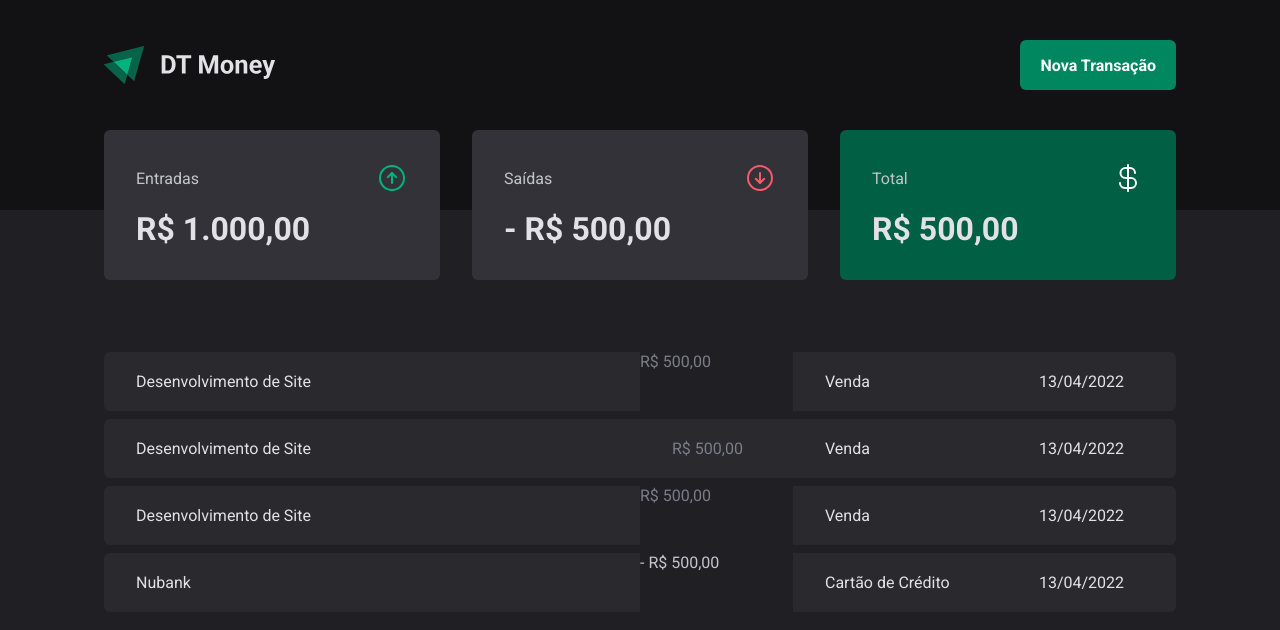
Repository: guilhermecardoso93/dtmoney-reactjs-ignite
Page: /
An editor plug-in stored every save of this project. The page is shown before and after the next save, followed by the edit.
The browser window is 1280 px wide. The pictures show the whole page.
The project was rebuilt for these pictures with package versions that can differ from the ones it lists, and the page was loaded fresh each time. Also part of the build but not shown: vite.config.ts.

Above is the page before, as saved 2022-08-15 21:33:18.

### index.html
<!DOCTYPE html>
<html lang="pt-BR">
  <head>
    <meta charset="UTF-8" />
    <link rel="icon" type="image/svg+xml" href="/vite.svg" />
    <link rel="preconnect" href="https://fonts.googleapis.com" />
    <link rel="preconnect" href="https://fonts.gstatic.com" crossorigin />
    <link
      href="https://fonts.googleapis.com/css2?family=Fredoka+One&family=Roboto:wght@300;400;500;700&display=swap"
      rel="stylesheet"
    />
    <meta name="viewport" content="width=device-width, initial-scale=1.0" />
    <title>Dt Money 2022</title>
  </head>
  <body>
    <div id="root"></div>
    <script type="module" src="/src/main.tsx"></script>
  </body>
</html>

### src/App.tsx
import { ThemeProvider } from "styled-components";
import { Header } from "./components/Header";
import { Summary } from "./components/Summary";
import { Transactions } from "./pages/Transactions";
import { GlobalStyle } from "./styles/global";
import { defaultTheme } from "./styles/themes/default";

export function App() {
  return (
    <ThemeProvider theme={defaultTheme}>
      <GlobalStyle />
      <Header />
      <Summary />
      <Transactions/>
    </ThemeProvider>
  );
}

### src/components/Header/index.tsx
import { HeaderContainer, HeaderContent, NewTransactionButton } from "./styles";
import LogoImg from "../../assets/logo.svg";

export function Header() {
  return (
    <HeaderContainer>
      <HeaderContent>
        <img src={LogoImg} alt="" />
        <NewTransactionButton>Nova Transação</NewTransactionButton>
      </HeaderContent>
    </HeaderContainer>
  );
}

### src/components/Summary/index.tsx
import { ArrowCircleDown, ArrowCircleUp, CurrencyDollar } from "phosphor-react";
import { SummaryCard, SummaryContainer } from "./styles";

export function Summary() {
  return (
    <SummaryContainer>
      <SummaryCard>
        <header>
          <span>Entradas</span>
          <ArrowCircleUp size={32} color="#00b37e" />
        </header>
        <strong>R$ 1.000,00</strong>
      </SummaryCard>
      <SummaryCard>
        <header>
          <span>Saídas</span>
          <ArrowCircleDown size={32} color="#f75a68" />
        </header>
        <strong> - R$ 500,00</strong>

      </SummaryCard>
      <SummaryCard variant="green">
        <header>
          <span>Total</span>
          <CurrencyDollar size={32} color="#fff" />
        </header>
        <strong>R$ 500,00</strong>
      </SummaryCard>
    </SummaryContainer>
  );
}

### src/pages/Transactions/index.tsx
import { PriceHighLight, TransactionContainer, TransactionTable } from "./styles";

export function Transactions() {
  return (
    <>
      <TransactionContainer>
        <TransactionTable>
          <tbody>
            <tr>
              <td width="50%">Desenvolvimento de Site</td>
              <PriceHighLight variant="income">R$ 500,00</PriceHighLight>
              <td>Venda</td>
              <td>13/04/2022</td>
            </tr>
            <tr>
              <td width="50%">Desenvolvimento de Site</td>
              <td>
                <PriceHighLight variant="income">R$ 500,00</PriceHighLight>
              </td>
              <td>Venda</td>
              <td>13/04/2022</td>
            </tr>
            <tr>
              <td width="50%">Desenvolvimento de Site</td>
              <PriceHighLight variant="income">R$ 500,00</PriceHighLight>
              <td>Venda</td>
              <td>13/04/2022</td>
            </tr>
            <tr>
              <td width="50%">Nubank</td>
              <PriceHighLight variant="outcome">- R$ 500,00</PriceHighLight>
              <td>Cartão de Crédito</td>
              <td>13/04/2022</td>
            </tr>
          </tbody>
        </TransactionTable>
      </TransactionContainer>
    </>
  );
}

### src/styles/global.ts
import { createGlobalStyle } from "styled-components";

export const GlobalStyle = createGlobalStyle`
* {
  margin: 0;
  padding: 0;
  box-sizing: border-box;
}

:focus {
  outline: 0;
  box-shadow:0 0 0 2ox ${(props) => props.theme["green-500"]} ;
}

body {
  background-color: ${(props) => props.theme["gray-800"]};
  color:${(props) => props.theme["gray-100"]}
}

body, input, text-area, button {
  font:400 1rem 'Roboto' ;
}
`;

### src/components/Header/styles.ts
import styled from "styled-components";

export const HeaderContainer = styled.header`
background-color: ${(props) => props.theme["gray-900"]};
padding: 2.5rem 0 7.5rem;
`;

export const HeaderContent = styled.div`
  width: 100%;
  max-width: 1120px;
  margin: 0 auto;
  padding: 0 1.5rem;

  display: flex;
  justify-content: space-between;
  align-items: center;
`;

export const NewTransactionButton = styled.button`
  height: 50px;
  border: 0;
  background-color: ${(props) => props.theme["green-500"]};
  color:${(props) => props.theme.white};
  font-weight:bold;
  padding: 0 1.25rem;
  border-radius: 6px;
  cursor: pointer;
  transition: background-color 0.2s;

  &:hover {
    background-color: ${(props) => props.theme["green-700"]};
  }
`;

### src/components/Summary/styles.ts
import styled, { css } from "styled-components";

export const SummaryContainer = styled.section`
  width: 100%;
  max-width: 1120px;
  margin: 0 auto;
  padding: 0 1.5rem;

  display:grid;
  grid-template-columns:  repeat(3, 1fr);
  gap: 2rem;

  margin-top: -5rem;
  `;

interface SummaryCardProps {
  variant?: "green";
}

export const SummaryCard = styled.div<SummaryCardProps>`
  background-color: ${(props) => props.theme["gray-600"]};
  border-radius: 6px;
  padding: 2rem;

  header{
    display: flex;
    align-items: center;
    justify-content: space-between;
    color: ${(props) => props.theme["gray-300"]};
  }

  strong {
    display: block;
    font-size: 2rem;
    margin-top: 1rem;
  }

  ${(props) =>
  props.variant === "green" && css`
    background-color: ${(props) => props.theme["green-700"]};
  `}

`;

### src/pages/Transactions/styles.ts
import styled, { css } from "styled-components";

export const TransactionContainer = styled.main`
  width: 100%;
  max-width: 1120px;
  margin: 4rem auto 0;
  padding: 0 1.5rem;
  `;

export const TransactionTable = styled.table`
width: 100%;
border-collapse: separate;
border-spacing: 0 0.5rem;
//margin-top: 1.5rem;

td {
  padding: 1.25rem 2rem;
  background-color: ${(props) => props.theme["gray-700"]};

  &:first-child {
    border-top-left-radius: 6px;
    border-bottom-left-radius: 6px;
  }

  &:last-child {
    border-top-right-radius: 6px;
    border-bottom-right-radius: 6px;
  }
}
`;

interface PriceHighLightProps {
  variant: "income" | "outcome";
}

export const PriceHighLight = styled.span<PriceHighLightProps>`
  color: ${(props) =>
  props.variant === "income"
    ? props.theme["gray-500"]
    : props.theme["gray-300"]};
`;

Loaded but not shown: src/main.tsx (common file); src/styles/themes/default.ts (common file)

After the next save:
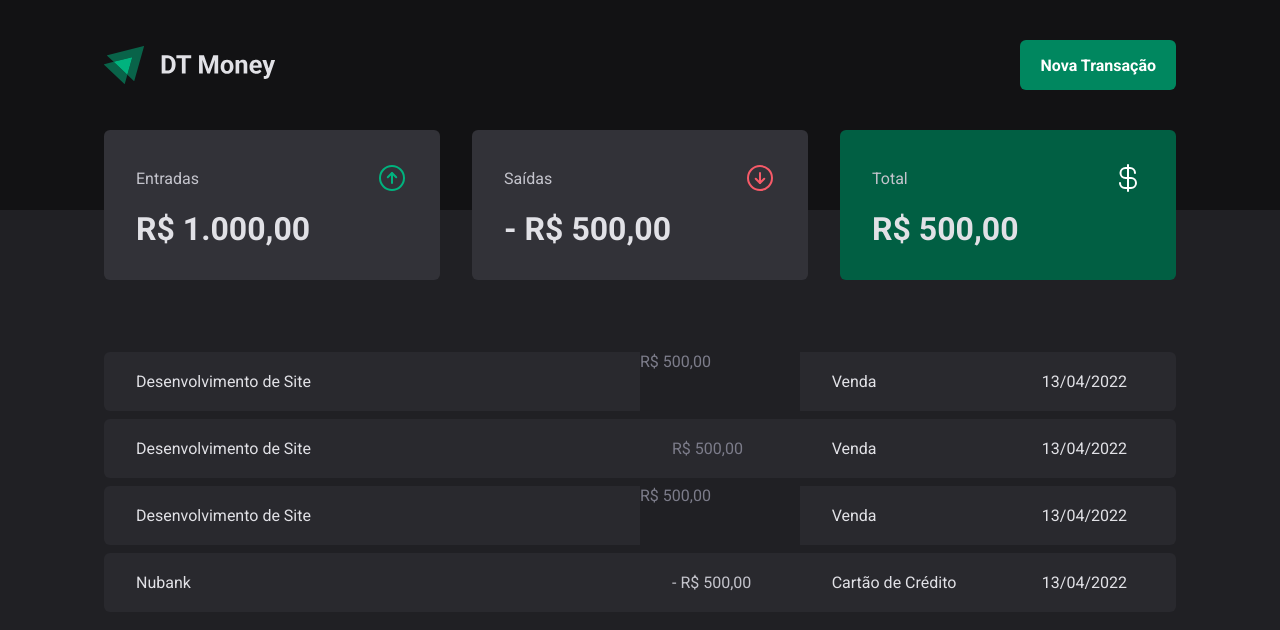
Saved 58 s later.
--- a/src/pages/Transactions/index.tsx
+++ b/src/pages/Transactions/index.tsx
@@ -1,4 +1,8 @@
-import { PriceHighLight, TransactionContainer, TransactionTable } from "./styles";
+import {
+  PriceHighLight,
+  TransactionContainer,
+  TransactionTable,
+} from "./styles";
 
 export function Transactions() {
   return (
@@ -28,7 +32,9 @@ export function Transactions() {
             </tr>
             <tr>
               <td width="50%">Nubank</td>
-              <PriceHighLight variant="outcome">- R$ 500,00</PriceHighLight>
+              <td>
+                <PriceHighLight variant="outcome">- R$ 500,00</PriceHighLight>
+              </td>
               <td>Cartão de Crédito</td>
               <td>13/04/2022</td>
             </tr>
